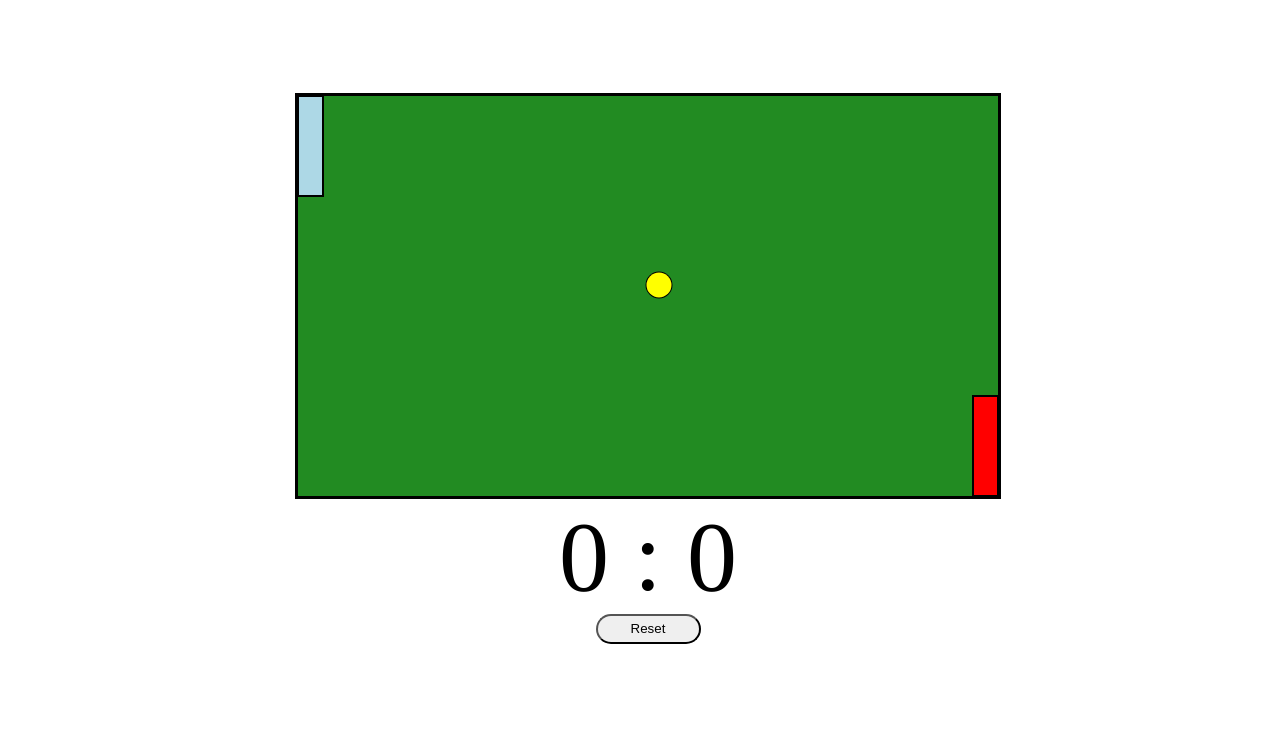
Repository: zacheys123/ping-pong
Page: index.html
The author's editor kept a copy of each file at every save. The page is drawn from the files as they stood at one save, then again after the next save.
The browser window is 1280 px wide. The page is 1288 px wide, so the pictures cover 1288 px, including what lies to the right of the window. The pictures show the whole page.

Above is the page before, as saved 2023-07-01 00:29:16.

### index.html
<html lang="en">
	<head>
		<meta charset="UTF-8" />
		<meta http-equiv="X-UA-Compatible" content="IE=edge" />
		<meta
			name="viewport"
			content="width=device-width, initial-scale=1.0"
		/>
		<title>Ping pong</title>
		<link rel="stylesheet" href="style.css" />
	</head>
	<body>
		<div id="gamecontainer">
			<canvas id="gameboard"></canvas>
			<div id="scoretext">0 : 0</div>
			<button id="resetbutton">Reset</button>
		</div>

		<script src="index.js"></script>
	</body>
</html>

### style.css
body {
	display: flex;
	justify-content: center;
	align-items: center;
	position: relative;
	width: 100vw;
	height: 100vh;
	overflow-y: hidden;
}
#gamecontainer {
	position: absolute;
	width: 100%;
	text-align: center;
}
#gameboard {
	border: 3px solid;
}
#scoretext {
	font-family: 'consolas' cursive;
	font-size: 100px;
}
#resetbutton {
	font-family: 'monospace' cursive;
	border-radius: 15px;
	cursor: pointer;
	width: 105px;
	height: 30px;
}

### index.js
const canvas = document.querySelector('#gameboard');
const ctx = canvas.getContext('2d');
const scoreText = document.querySelector('#scoretext');
canvas.width = 700;
canvas.height = 400;
const gamewidth = canvas.width;
const gameheight = canvas.height;
const resetbutton = document.querySelector('#resetbutton');
const paddle1color = 'lightblue';
const paddle2color = 'red';
const gameColor = 'forestgreen';
const paddleBorder = 'black';
const ballcolor = 'yellow';
const ballborder = 'black';
const ballradius = 12.5;
const paddlespeed = 50;

let intervalId = 0;
let ballspeed = 1;
let ballX = gamewidth / 2;
let ballY = gameheight / 2;
let ballXdirection = 0;
let ballYdirection = 0;
let player1core = 0;
let player2core = 0;
let paddle1 = { width: 25, height: 100, x: 0, y: 0 };
let paddle2 = {
	width: 25,
	height: 100,
	x: gamewidth - 25,
	y: gameheight - 100,
};

addEventListener('keydown', changeDirections, true);
resetbutton.addEventListener('click', reset, true);

gameStart();

function gameStart() {
	createBall();
	nextTick();
}
function nextTick() {
	intervalId = setTimeout(function () {
		clearBoard();
		drawPaddles();

		moveBall();
		drawBall(ballX, ballY);
		checkCollision();
		nextTick();
	}, 76);
}
function drawBall(ballX, ballY) {
	ctx.fillStyle = ballcolor;

	ctx.strokeStyle = ballborder;
	ctx.lineWidth = 2;
	ctx.beginPath();
	ctx.arc(ballX, ballY, ballradius, 0, 2 * Math.PI);
	ctx.stroke();
	ctx.fill();
}
function clearBoard() {
	ctx.fillStyle = gameColor;
	ctx.fillRect(0, 0, gamewidth, gameheight);
}
function changeDirections(event) {
	const keyPressed = event.keyCode;
	const paddle1Up = 87;
	const paddle1Down = 83;
	const paddle2Up = 38;
	const paddle2Down = 40;
	switch (keyPressed) {
		case paddle1Up:
			if (paddle1.y > 0) paddle1.y -= paddlespeed;
			break;
		case paddle1Down:
			if (paddle1.y + paddle1.height < gameheight)
				paddle1.y += paddlespeed;
			break;
		case paddle2Up:
			if (paddle2.y > 0) paddle2.y -= paddlespeed;
			break;
		case paddle2Down:
			if (paddle2.y + paddle2.height < gameheight)
				paddle2.y += paddlespeed;
			break;
	}
}
function createBall() {
	ballspeed = 11;
	if (Math.round(Math.random()) === 1) {
		ballXdirection = 1;
	} else {
		ballXdirection = -1;
	}
	if (Math.round(Math.random()) === 1) {
		ballYdirection = 1;
	} else {
		ballYdirection = -1;
	}
	ballX = gamewidth / 2;
	ballY = gameheight / 2;
	drawBall(ballX, ballY);
}
function moveBall() {
	ballX += ballspeed * ballXdirection;
	ballY += ballspeed * ballYdirection;
}
function checkCollision() {
	if (ballY - ballradius <= 0) {
		ballYdirection *= -1;
	}
	if (ballY + ballradius >= gameheight) {
		ballYdirection *= -1;
	}

	if (ballX <= 0) {
		player2core += 1;
		updateScore();
		createBall();
		return;
	}
	if (ballX >= gamewidth) {
		player2core += 1;
		updateScore();
		createBall();
		return;
	}
}
function drawPaddles() {
	ctx.strokeStyle = paddleBorder;
	ctx.fillStyle = paddle1color;
	ctx.fillRect(paddle1.x, paddle1.y, paddle1.width, paddle1.height);
	ctx.strokeRect(paddle1.x, paddle1.y, paddle1.width, paddle1.height);
	ctx.fillStyle = paddle2color;
	ctx.fillRect(paddle2.x, paddle2.y, paddle2.width, paddle2.height);
	ctx.strokeRect(paddle2.x, paddle2.y, paddle2.width, paddle2.height);
}
function updateScore() {}
function reset() {}

After the next save:
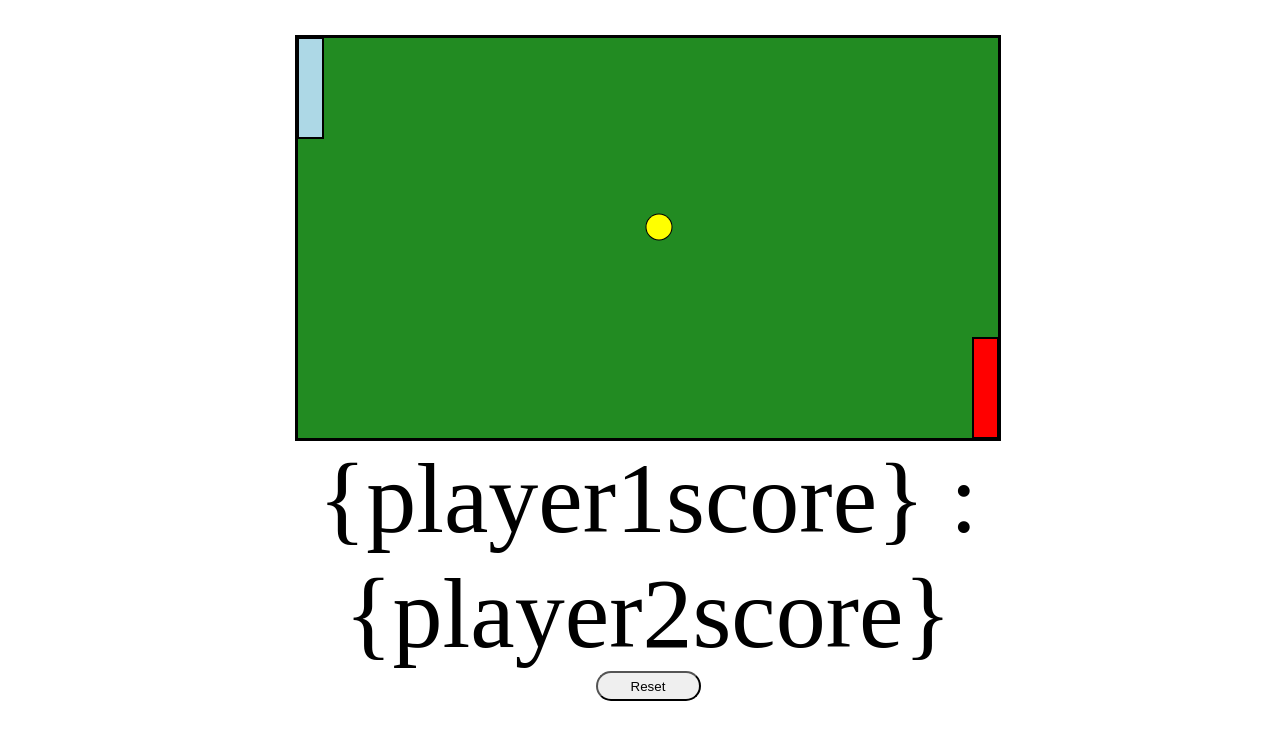
Saved 73 s later.
--- a/index.js
+++ b/index.js
@@ -138,5 +138,7 @@ function drawPaddles() {
 	ctx.fillRect(paddle2.x, paddle2.y, paddle2.width, paddle2.height);
 	ctx.strokeRect(paddle2.x, paddle2.y, paddle2.width, paddle2.height);
 }
-function updateScore() {}
+function updateScore() {
+	scoreText.textContent = `{player1score} : {player2score}`;
+}
 function reset() {}
